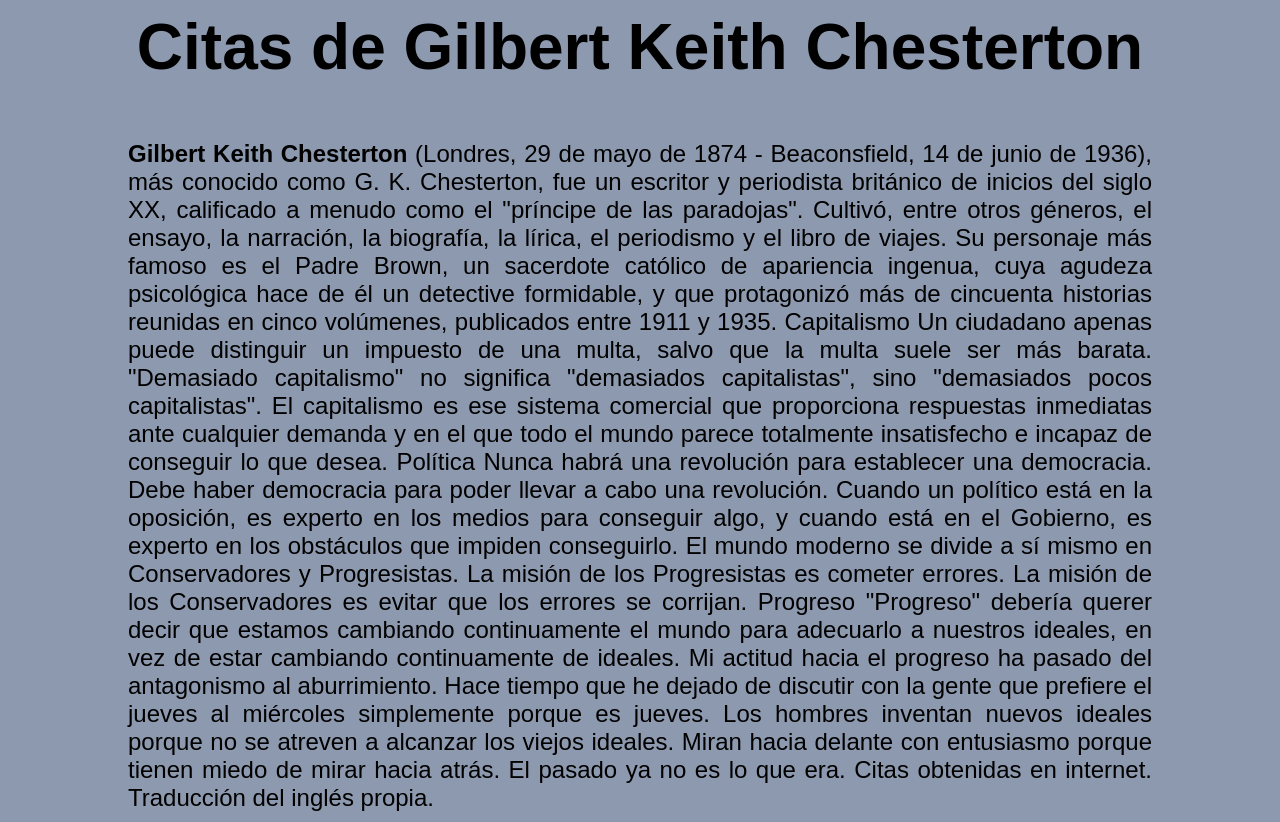
Repository: EmilyMachuca-Developer/Advanced-Programming-Projects
Page: index.html
An editor plug-in stored every save of this project. The page is shown before and after the next save, followed by the edit.
The browser window is 1280 px wide. The pictures show the whole page.

Above is the page before, as saved 2024-02-26 20:18:08.

After the next save:
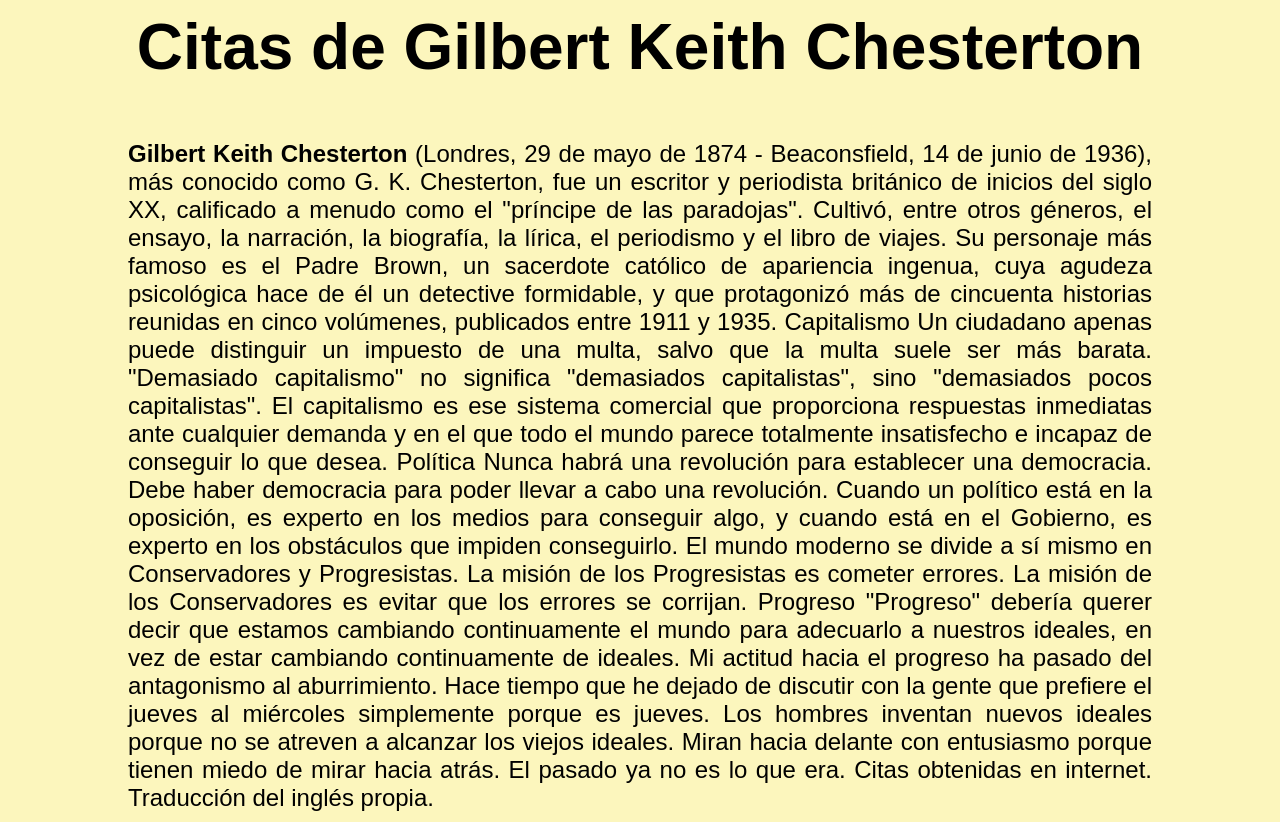
Saved 21 s later.
--- a/Taller 2/css/style.css
+++ b/Taller 2/css/style.css
@@ -1,6 +1,6 @@
 body {
     margin: 10px 10%;
-    background-color: 8d99ae;
+    background-color: fcf6bd;
     font-family: sans-serif;
     font-size: 1.5rem;
     text-align: justify;

After the 4 saves that followed:
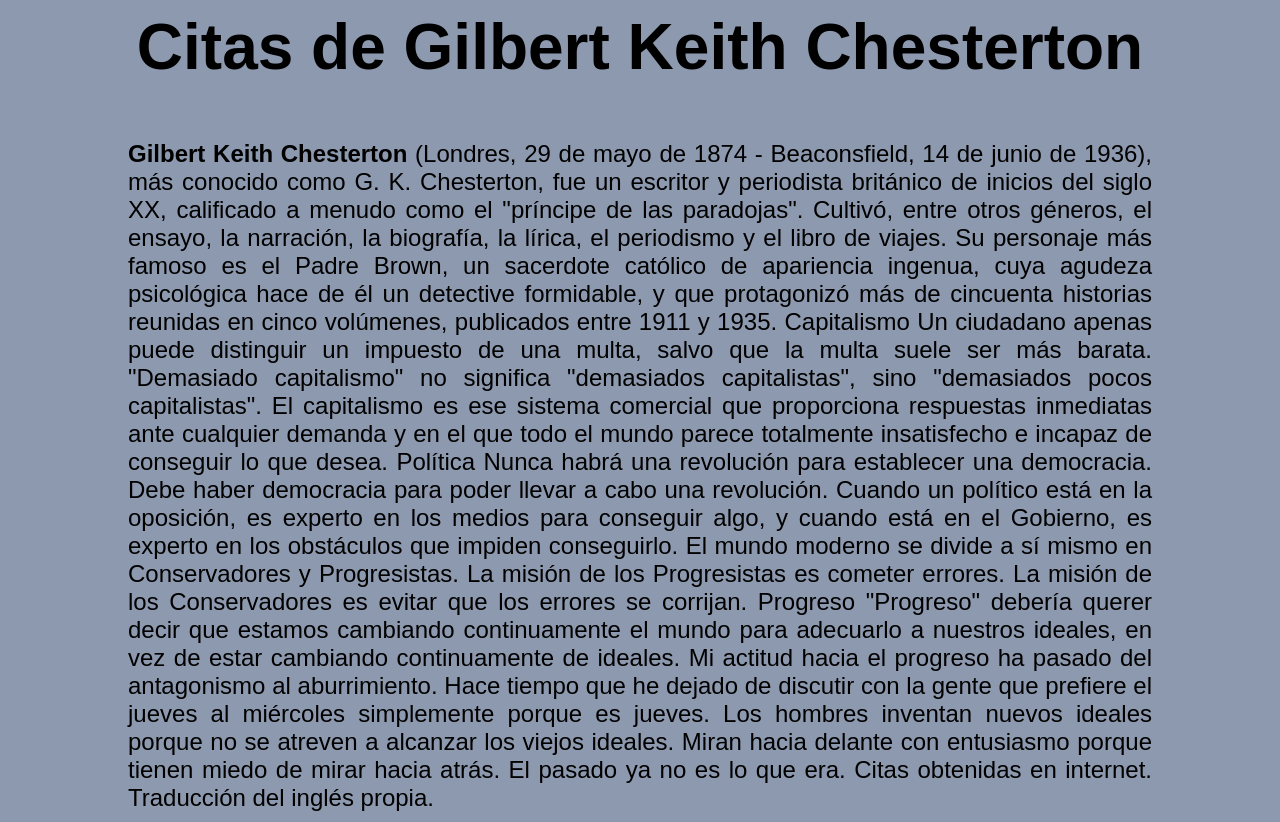
The 4 saves are shown as one change because 2 left the picture as it was and some came seconds apart.
The last was saved 110 s later.
--- a/Taller 2/css/style.css
+++ b/Taller 2/css/style.css
@@ -1,6 +1,6 @@
 body {
     margin: 10px 10%;
-    background-color: fcf6bd;
+    background-color: 8d99ae;
     font-family: sans-serif;
     font-size: 1.5rem;
     text-align: justify;
